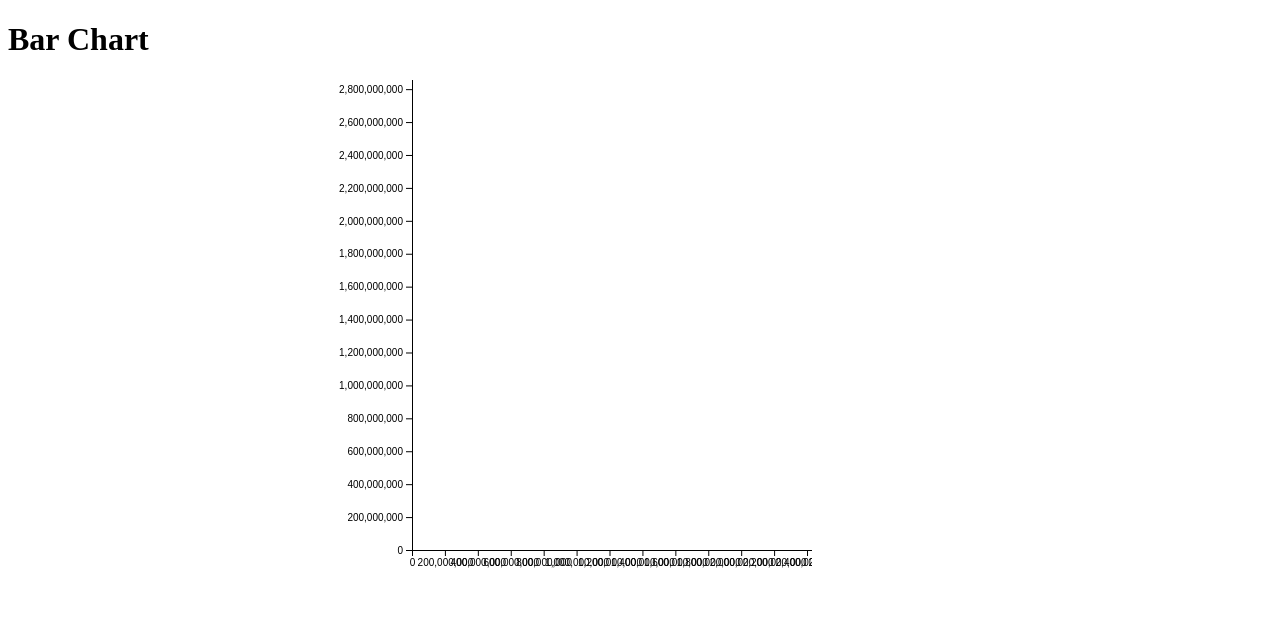
Repository: komalharjani/d3js-visualisation
Page: index.html
These files come from the project's save history. The page is drawn as it stood at one moment and after the next save; the edit follows.
The browser window is 1280 px wide. The pictures show the whole page.

Above is the page before, as saved 2020-04-29 18:19:35.

After the next save:
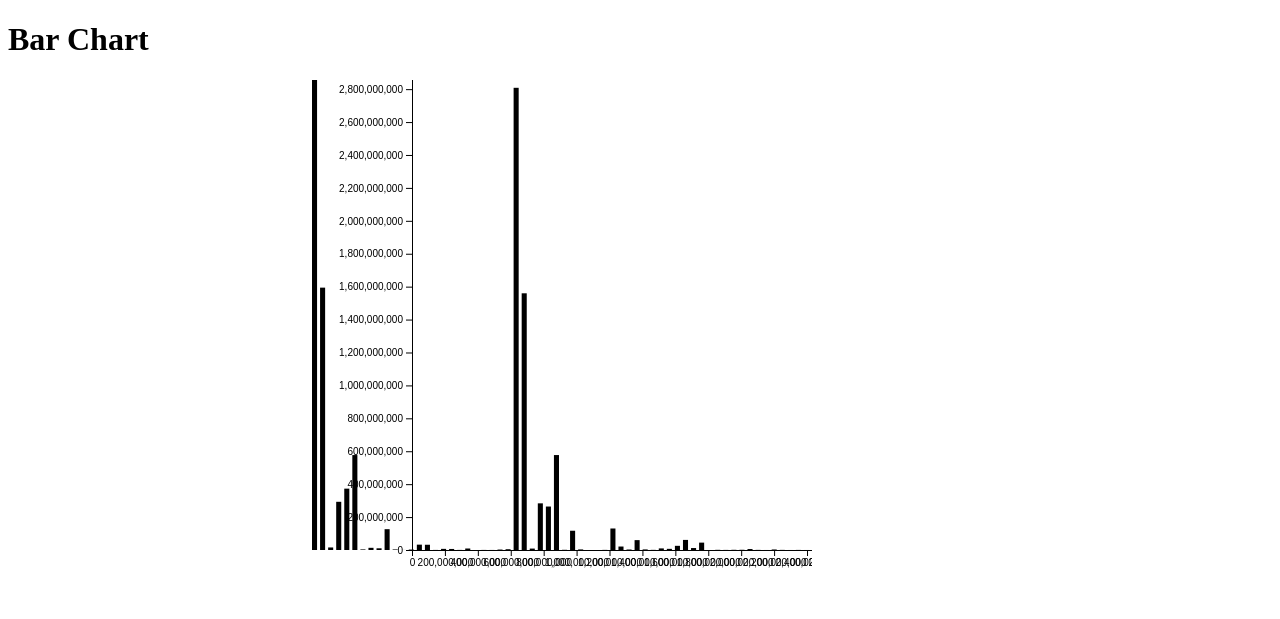
Saved 4 s later.
--- a/index.js
+++ b/index.js
@@ -80,7 +80,7 @@
                         //problem is here with displaying axis and
                         .attr("transform", function (d, i) {
                                 let translate = [barwidth * i, -30];
-                                return "translate(300" + translate + ")";
+                                return "translate(" + translate + ")";
                         })
                         .attr("fill", 'black');
 

After the 6 saves that followed:
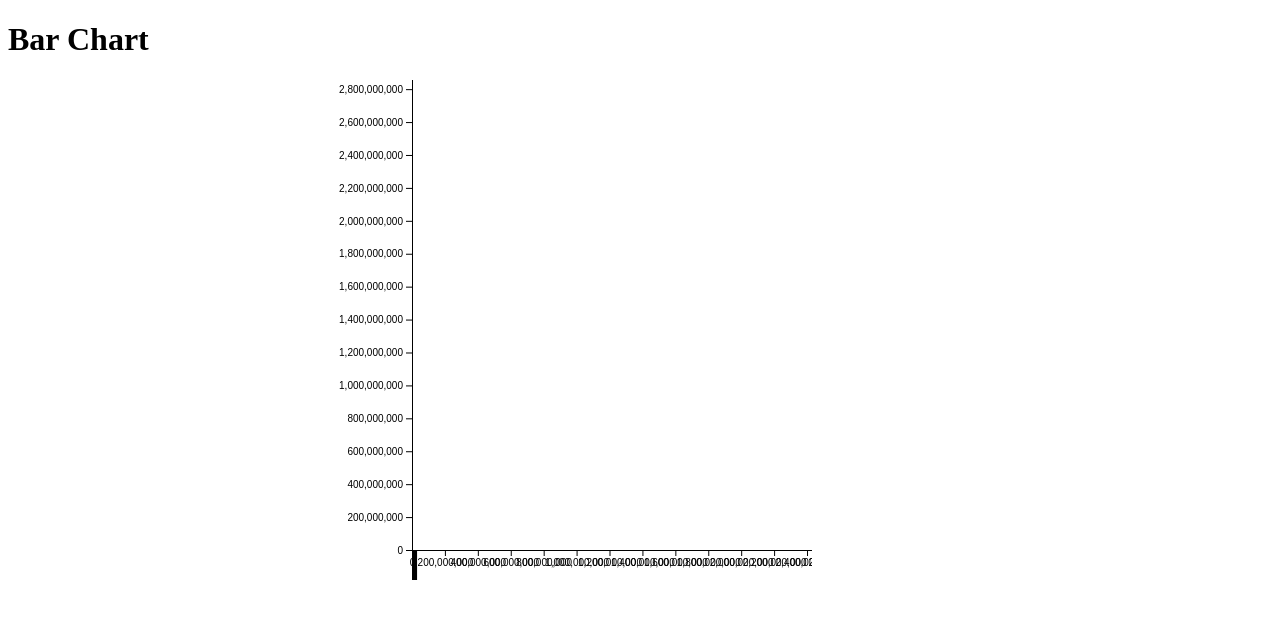
The 6 saves are shown as one change because 2 left the picture as it was and some came seconds apart.
The last was saved 44 s later.
--- a/index.js
+++ b/index.js
@@ -82,6 +82,7 @@
                                 let translate = [barwidth * i, -30];
                                 return "translate(" + translate + ")";
                         })
+                        .attr("transform", "translate(100, " + xAxisTranslate + ")")
                         .attr("fill", 'black');
 
                 // Barchart Text
